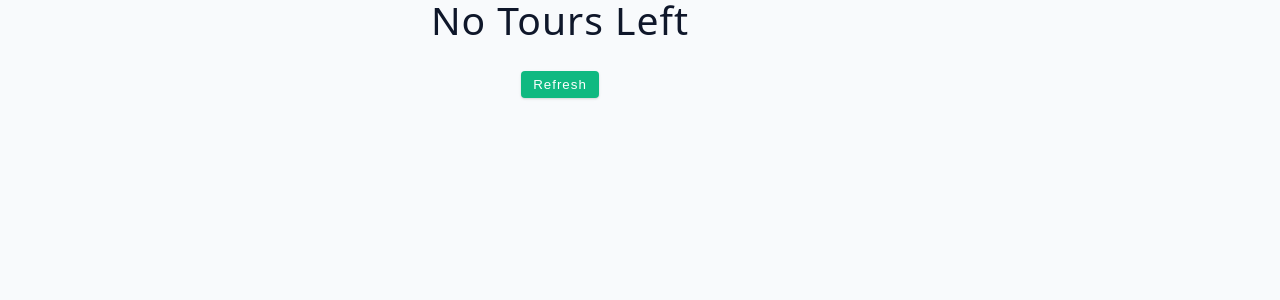
Repository: dydals3440/React-Projects
Page: / (app in 04-fundamental-projects/02-tours/starter/)
The author's editor kept a copy of each file at every save. The page is drawn from the files as they stood at one save, then again after the next save.
The browser window is 1280 px wide. The pictures show the whole page.
The page's requests for data from a server got no answer. The project was rebuilt for these pictures with package versions that can differ from the ones it lists, and the page was loaded fresh each time. No one was signed in, and anything a server would have sent is missing. Also part of the build but not shown: 04-fundamental-projects/02-tours/starter/vite.config.js, 04-fundamental-projects/02-tours/starter/src/Tour.jsx, 04-fundamental-projects/02-tours/starter/src/Tours.jsx.

Above is the page before, as saved 2023-09-03 03:33:47.

### 04-fundamental-projects/02-tours/starter/src/App.jsx
import { useEffect } from 'react';
import { useState } from 'react';
import Loading from './Loading';
import Tours from './Tours';

const url = 'https://course-api.com/react-tours-project';

const App = () => {
  const [isLoading, setIsLoading] = useState(true);
  const [tours, setTours] = useState([]);

  const removeTour = (id) => {
    const newTours = tours.filter((tour) => id !== tour.id);
    setTours(newTours);
  };

  const fetchTours = async () => {
    setIsLoading(true);
    try {
      const response = await fetch(url);
      const tours = await response.json();
      setTours(tours);
    } catch (error) {
      console.log(error);
    }
    setIsLoading(false);
  };

  useEffect(() => {
    fetchTours();
  }, []);

  if (isLoading) {
    return (
      <main>
        <Loading />
      </main>
    );
  }
  // TODO
  if (tours.length === 0) {
    return (
      <main>
        <div className='title'>
          <h2>No Tours Left</h2>
          <button
            type='button'
            style={{ marginTop: '2rem' }}
            className='btn'
            onClick={fetchTours}
          >
            refresh
          </button>
        </div>
      </main>
    );
  }
  return (
    <main>
      <Tours tours={tours} removeTour={removeTour} />
    </main>
  );
};
export default App;

### 04-fundamental-projects/02-tours/starter/src/index.css
/* ============= GLOBAL CSS =============== */

*,
::after,
::before {
  margin: 0;
  padding: 0;
  box-sizing: border-box;
}

html {
  font-size: 100%;
} /*16px*/

:root {
  /* colors */
  --primary-100: #d1fae5;
  --primary-200: #a7f3d0;
  --primary-300: #6ee7b7;
  --primary-400: #34d399;
  --primary-500: #10b981;
  --primary-600: #059669;
  --primary-700: #047857;
  --primary-800: #065f46;
  --primary-900: #064e3b;

  /* grey */
  --grey-50: #f8fafc;
  --grey-100: #f1f5f9;
  --grey-200: #e2e8f0;
  --grey-300: #cbd5e1;
  --grey-400: #94a3b8;
  --grey-500: #64748b;
  --grey-600: #475569;
  --grey-700: #334155;
  --grey-800: #1e293b;
  --grey-900: #0f172a;
  /* rest of the colors */
  --black: #222;
  --white: #fff;
  --red-light: #f8d7da;
  --red-dark: #842029;
  --green-light: #d1e7dd;
  --green-dark: #0f5132;

  --small-text: 0.875rem;
  --extra-small-text: 0.7em;
  /* rest of the vars */
  --backgroundColor: var(--grey-50);
  --textColor: var(--grey-900);
  --borderRadius: 0.25rem;
  --letterSpacing: 1px;
  --transition: 0.3s ease-in-out all;
  --max-width: 1120px;
  --fixed-width: 600px;

  /* box shadow*/
  --shadow-1: 0 1px 3px 0 rgba(0, 0, 0, 0.1), 0 1px 2px 0 rgba(0, 0, 0, 0.06);
  --shadow-2: 0 4px 6px -1px rgba(0, 0, 0, 0.1),
    0 2px 4px -1px rgba(0, 0, 0, 0.06);
  --shadow-3: 0 10px 15px -3px rgba(0, 0, 0, 0.1),
    0 4px 6px -2px rgba(0, 0, 0, 0.05);
  --shadow-4: 0 20px 25px -5px rgba(0, 0, 0, 0.1),
    0 10px 10px -5px rgba(0, 0, 0, 0.04);
}

body {
  background: var(--backgroundColor);
  font-family: system-ui, -apple-system, BlinkMacSystemFont, 'Segoe UI', Roboto,
    Oxygen, Ubuntu, Cantarell, 'Open Sans', 'Helvetica Neue', sans-serif;
  font-weight: 400;
  line-height: 1;
  color: var(--textColor);
}
p {
  margin: 0;
}
h1,
h2,
h3,
h4,
h5 {
  margin: 0;
  font-family: var(--headingFont);
  font-weight: 400;
  line-height: 1;
  text-transform: capitalize;
  letter-spacing: var(--letterSpacing);
}

h1 {
  font-size: 3.052rem;
}

h2 {
  font-size: 2.441rem;
}

h3 {
  font-size: 1.953rem;
}

h4 {
  font-size: 1.563rem;
}

h5 {
  font-size: 1.25rem;
}

.text {
  margin-bottom: 1.5rem;
  max-width: 40em;
}

small,
.text-small {
  font-size: var(--small-text);
}

a {
  text-decoration: none;
}
ul {
  list-style-type: none;
  padding: 0;
}

.img {
  width: 100%;
  display: block;
  object-fit: cover;
}
/* buttons */

.btn {
  cursor: pointer;
  color: var(--white);
  background: var(--primary-500);
  border: transparent;
  border-radius: var(--borderRadius);
  letter-spacing: var(--letterSpacing);
  padding: 0.375rem 0.75rem;
  box-shadow: var(--shadow-1);
  transition: var(--transition);
  text-transform: capitalize;
  display: inline-block;
}
.btn:hover {
  background: var(--primary-700);
  box-shadow: var(--shadow-3);
}
.btn-hipster {
  color: var(--primary-500);
  background: var(--primary-200);
}
.btn-hipster:hover {
  color: var(--primary-200);
  background: var(--primary-700);
}
.btn-block {
  width: 100%;
}

/* alerts */
.alert {
  padding: 0.375rem 0.75rem;
  margin-bottom: 1rem;
  border-color: transparent;
  border-radius: var(--borderRadius);
}

.alert-danger {
  color: var(--red-dark);
  background: var(--red-light);
}
.alert-success {
  color: var(--green-dark);
  background: var(--green-light);
}
/* form */

.form {
  width: 90vw;
  max-width: var(--fixed-width);
  background: var(--white);
  border-radius: var(--borderRadius);
  box-shadow: var(--shadow-2);
  padding: 2rem 2.5rem;
  margin: 3rem auto;
}
.form-label {
  display: block;
  font-size: var(--small-text);
  margin-bottom: 0.5rem;
  text-transform: capitalize;
  letter-spacing: var(--letterSpacing);
}
.form-input,
.form-textarea {
  width: 100%;
  padding: 0.375rem 0.75rem;
  border-radius: var(--borderRadius);
  background: var(--backgroundColor);
  border: 1px solid var(--grey-200);
}

.form-row {
  margin-bottom: 1rem;
}

.form-textarea {
  height: 7rem;
}
::placeholder {
  font-family: inherit;
  color: var(--grey-400);
}
.form-alert {
  color: var(--red-dark);
  letter-spacing: var(--letterSpacing);
  text-transform: capitalize;
}

/* title */

.title {
  text-align: center;
}

.title-underline {
  background: var(--primary-500);
  width: 7rem;
  height: 0.25rem;
  margin: 0 auto;
  margin-top: 1rem;
}
/* ============= PROJECT CSS =============== */

/* Loading Spinner */
@keyframes spinner {
  to {
    transform: rotate(360deg);
  }
}

.loading {
  width: 6rem;
  height: 6rem;
  border: 5px solid var(--grey-400);
  border-radius: 50%;
  margin: 0 auto;
  border-top-color: var(--primary-500);
  animation: spinner 0.6s linear infinite;
}

main {
  width: 90vw;
  max-width: var(--max-width);
}

### 04-fundamental-projects/02-tours/starter/src/Loading.jsx
import React from 'react';

export default function Loading() {
  return <div className='loading'></div>;
}

Loaded but not shown: 04-fundamental-projects/02-tours/starter/index.html (common file); 04-fundamental-projects/02-tours/starter/src/main.jsx (common file)

After the next save:
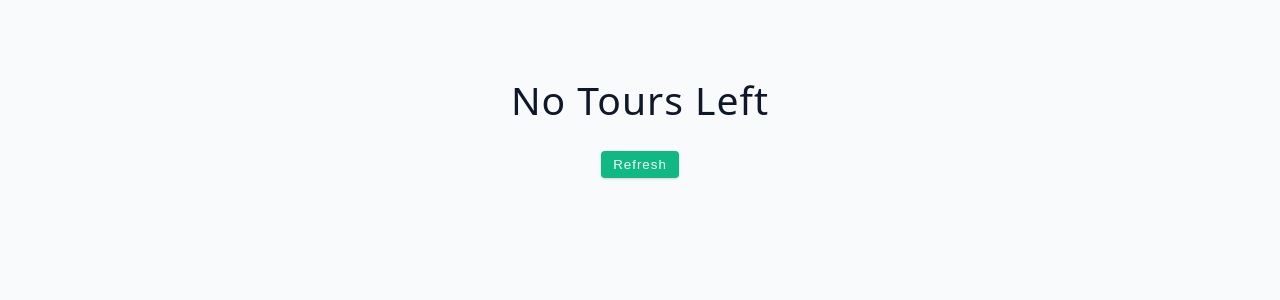
Saved 26 s later.
--- a/04-fundamental-projects/02-tours/starter/src/index.css
+++ b/04-fundamental-projects/02-tours/starter/src/index.css
@@ -257,4 +257,5 @@ ul {
 main {
   width: 90vw;
   max-width: var(--max-width);
-}
+  margin: 5rem auto;
+}
